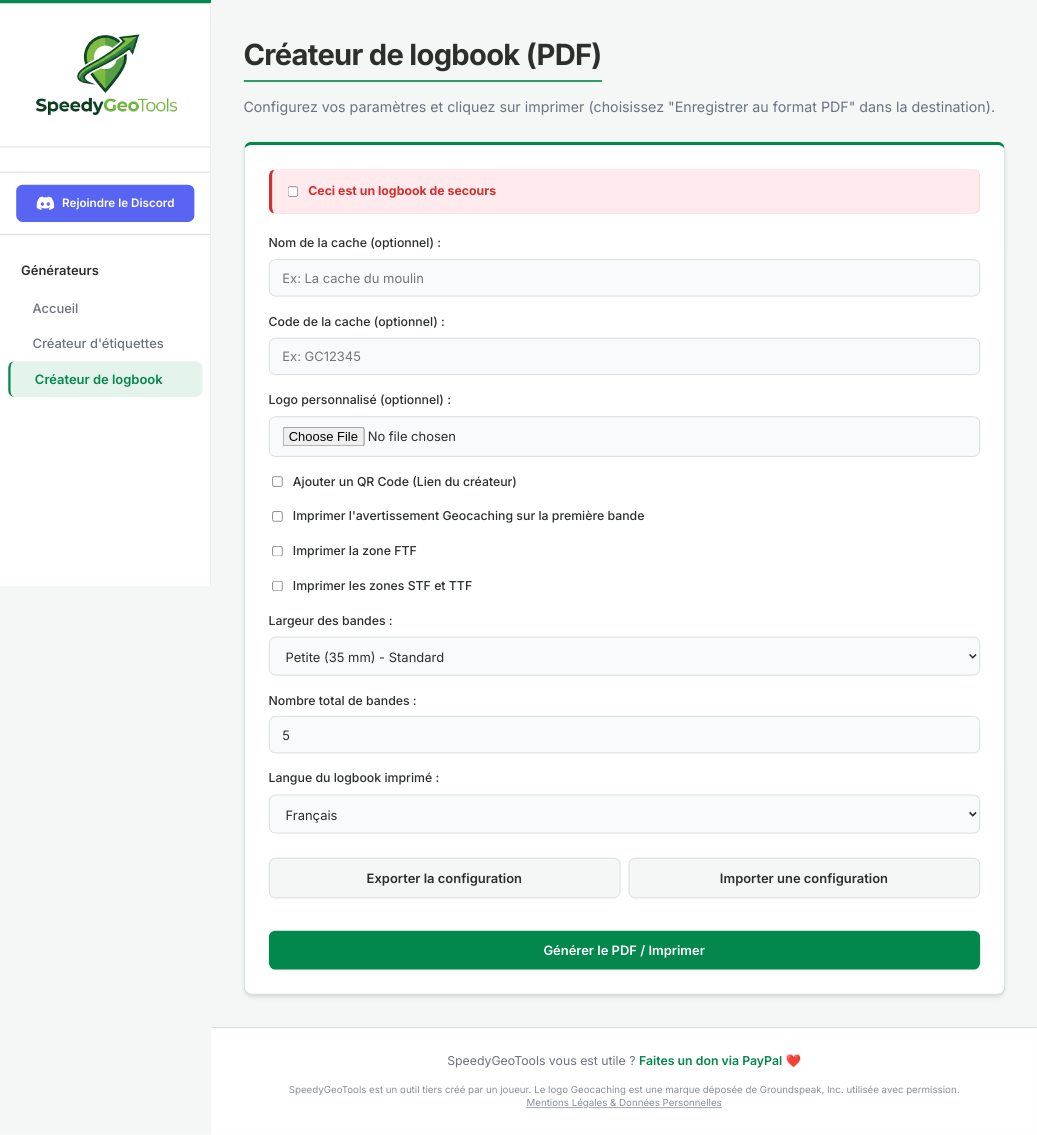
Repository: rodafux/SpeedyGeoTools
Page: logbook.html
The author's editor kept a copy of each file at every save. The page is drawn from the files as they stood at one save, then again after the next save.
The browser window is 1280 px wide. The pictures show the whole page, at 81% of full size.

Above is the page before, as saved 2026-04-10 22:10:47.

After the next save:
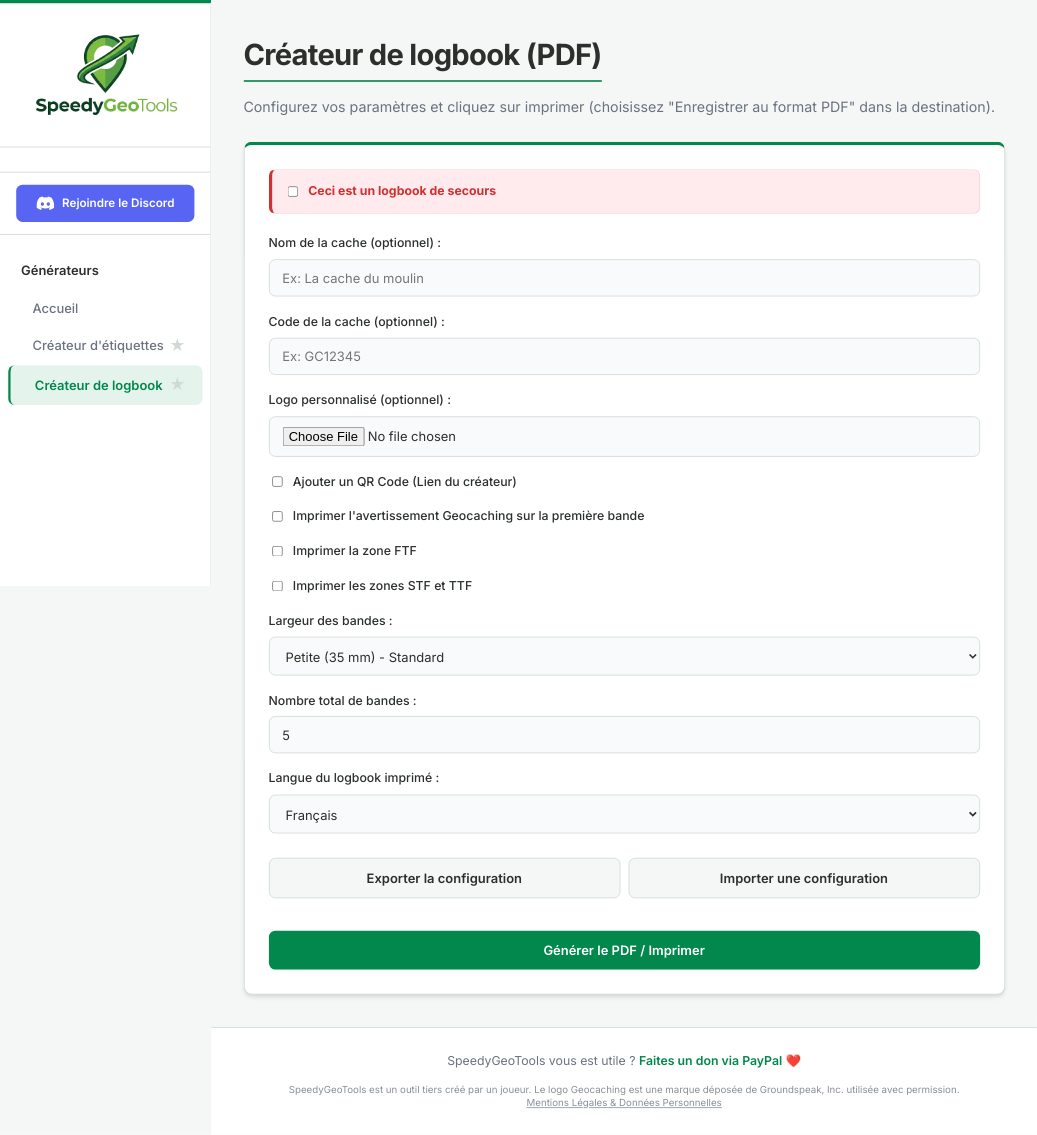
Saved 12 s later.
--- a/js/main.js
+++ b/js/main.js
@@ -1,26 +1,127 @@
-(function() {
-    var userLang = navigator.language || navigator.userLanguage;
-    userLang = userLang.substring(0, 2).toLowerCase();
-    var cookieExists = document.cookie.indexOf('googtrans=') !== -1;
-    if (userLang !== 'fr' && !cookieExists) {
-        document.cookie = 'googtrans=/fr/' + userLang + '; path=/';
-        document.cookie = 'googtrans=/fr/' + userLang + '; domain=.' + window.location.hostname + '; path=/';
-        window.location.reload();
-    }
-})();
-window.googleTranslateElementInit = function() {
+function googleTranslateElementInit() {
     new google.translate.TranslateElement({
         pageLanguage: 'fr',
-        autoDisplay: false
+        layout: google.translate.TranslateElement.InlineLayout.SIMPLE
     }, 'google_translate_element');
-};
-document.addEventListener('DOMContentLoaded', function() {
-    updateCounter();
+}
+
+document.addEventListener('DOMContentLoaded', () => {
+    initFavorites();
 });
-function updateCounter() {
-    const counterElement = document.getElementById('totalLogbooksCounter');
-    if (counterElement) {
-        const total = parseInt(localStorage.getItem('sgt_total_logbooks')) || 0;
-        counterElement.innerText = total;
+
+function initFavorites() {
+    const sidebarNav = document.querySelector('.sidebar-nav');
+    if (!sidebarNav) return;
+
+    let favSection = document.getElementById('favorites-section');
+    if (!favSection) {
+        favSection = document.createElement('details');
+        favSection.id = 'favorites-section';
+        favSection.open = true;
+
+        const summary = document.createElement('summary');
+        summary.innerHTML = '⭐ Favoris';
+
+        const list = document.createElement('div');
+        list.id = 'favorites-list';
+        list.style.display = 'flex';
+        list.style.flexDirection = 'column';
+
+        favSection.appendChild(summary);
+        favSection.appendChild(list);
+
+        sidebarNav.insertBefore(favSection, sidebarNav.firstChild);
     }
+
+    const allLinks = Array.from(sidebarNav.querySelectorAll('details:not(#favorites-section) a'));
+    allLinks.forEach(link => {
+        const href = link.getAttribute('href');
+        if (href === 'index.html' || href === '#') return;
+
+        if (!link.querySelector('.star-btn')) {
+            const text = link.textContent.trim();
+            link.textContent = '';
+
+            const textSpan = document.createElement('span');
+            textSpan.textContent = text;
+
+            const star = document.createElement('span');
+            star.className = 'star-btn';
+            star.innerHTML = '★';
+            star.dataset.href = href;
+            star.dataset.text = text;
+
+            star.addEventListener('click', (e) => {
+                e.preventDefault();
+                e.stopPropagation();
+                toggleFavorite(href, text);
+            });
+
+            link.appendChild(textSpan);
+            link.appendChild(star);
+        }
+    });
+
+    renderFavorites();
 }
+
+function toggleFavorite(href, text) {
+    let favs = JSON.parse(localStorage.getItem('speedyGeoToolsFavs') || '[]');
+    const index = favs.findIndex(f => f.href === href);
+
+    if (index > -1) {
+        favs.splice(index, 1);
+    } else {
+        favs.push({ href, text });
+    }
+
+    localStorage.setItem('speedyGeoToolsFavs', JSON.stringify(favs));
+    renderFavorites();
+}
+
+function renderFavorites() {
+    const list = document.getElementById('favorites-list');
+    const section = document.getElementById('favorites-section');
+    if (!list || !section) return;
+
+    let favs = JSON.parse(localStorage.getItem('speedyGeoToolsFavs') || '[]');
+
+    list.innerHTML = '';
+
+    if (favs.length === 0) {
+        section.style.display = 'none';
+    } else {
+        section.style.display = 'block';
+        favs.forEach(fav => {
+            const a = document.createElement('a');
+            a.href = fav.href;
+            const currentPath = window.location.pathname.split('/').pop() || 'index.html';
+            if (currentPath === fav.href) a.className = 'active';
+
+            const textSpan = document.createElement('span');
+            textSpan.textContent = fav.text;
+
+            const star = document.createElement('span');
+            star.className = 'star-btn active';
+            star.innerHTML = '★';
+            star.addEventListener('click', (e) => {
+                e.preventDefault();
+                e.stopPropagation();
+                toggleFavorite(fav.href, fav.text);
+            });
+
+            a.appendChild(textSpan);
+            a.appendChild(star);
+            list.appendChild(a);
+        });
+    }
+
+    const allStars = document.querySelectorAll('.sidebar-nav details:not(#favorites-section) .star-btn');
+    allStars.forEach(star => {
+        if (favs.some(f => f.href === star.dataset.href)) {
+            star.classList.add('active');
+        } else {
+            star.classList.remove('active');
+        }
+    });
+}
